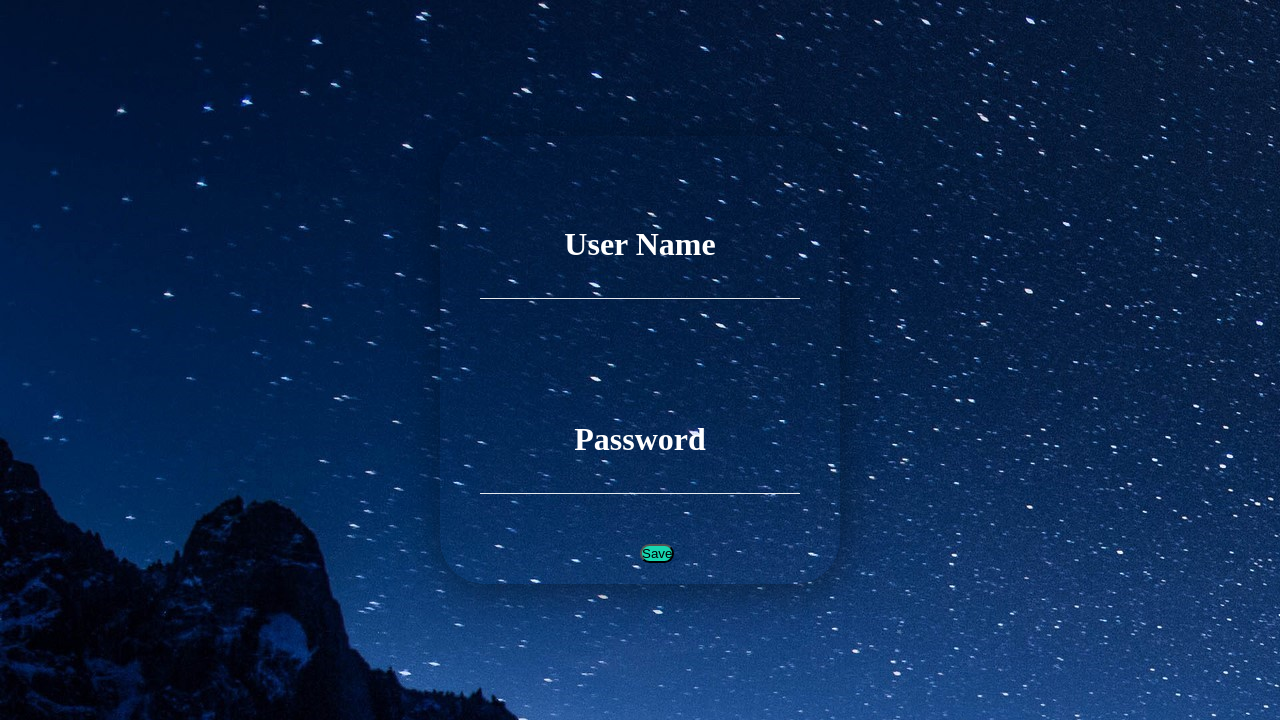
Repository: rkrukshan/Glass_Login_CSS
Page: login.html
The author's editor kept a copy of each file at every save. The page is drawn from the files as they stood at one save, then again after the next save.
The browser window is 1280 px wide. The pictures show the whole page.

Above is the page before, as saved 2023-10-03 20:22:19.

After the next save:
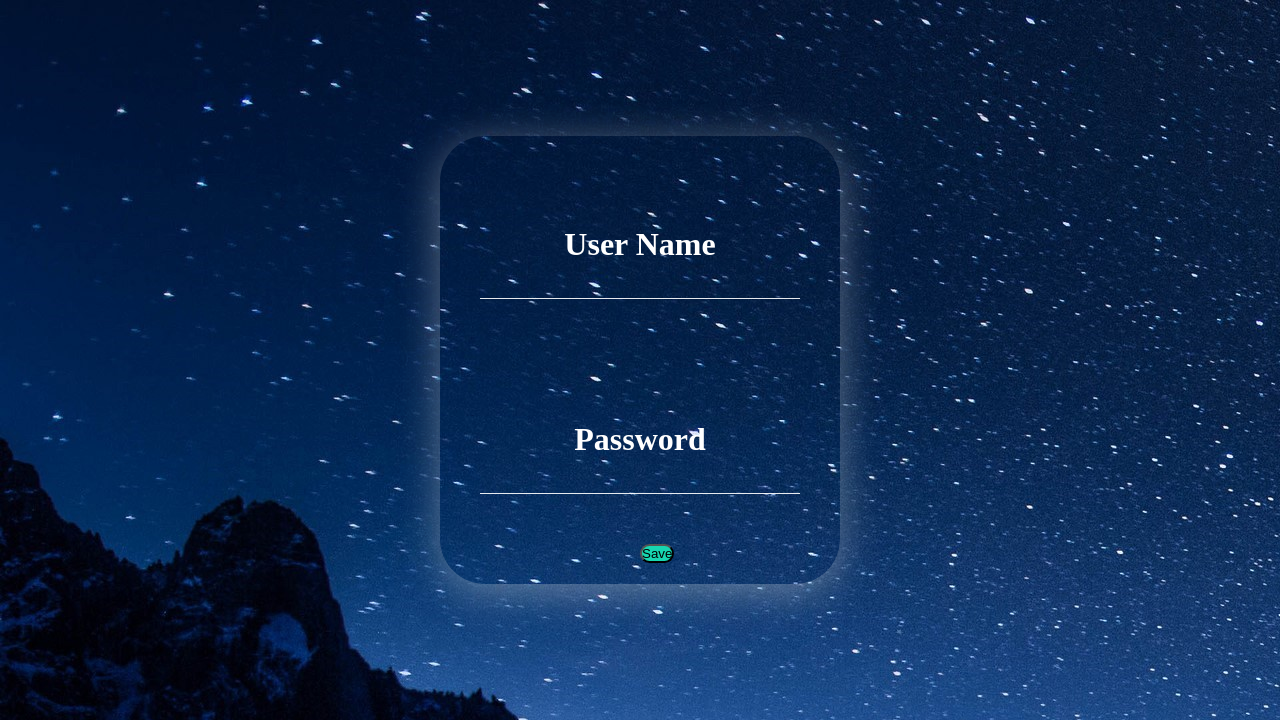
Saved 12 s later.
--- a/login.html
+++ b/login.html
@@ -22,7 +22,7 @@
             width: 25rem;
             height: 28rem;
             flex-direction: column;
-            box-shadow: 0 8px 41px 0 rgba(0, 0, 0, 0.37);
+            box-shadow: 0 8px 41px 0 rgba(251, 251, 251, 0.37);
             border-radius: 45px;
             background: transparent;
         }
